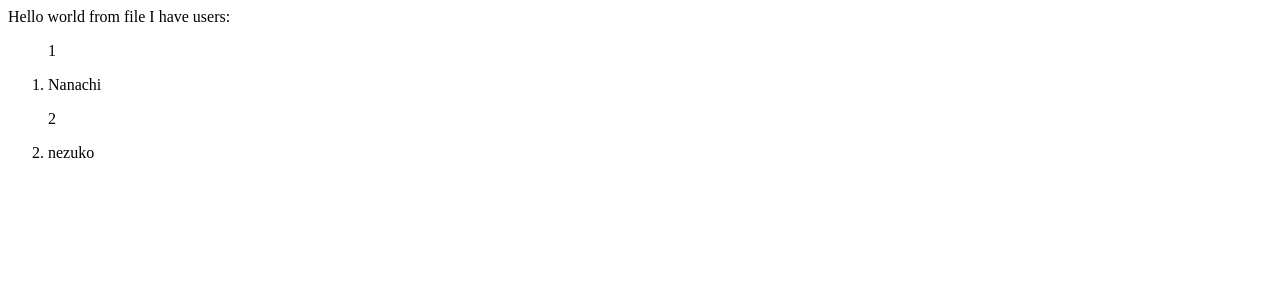
Repository: yevheniir/python_course_2020
Page: http://localhost/
An editor plug-in stored every save of this project. The page is shown before and after a run of saves, followed by the edit.
The browser window is 1280 px wide. The pictures show the whole page.
The page is served by the project's application, run on Flask 3 (l4/app.py).

Above is the page before, as saved 2020-06-27 18:55:24.

After the next 3 saves:
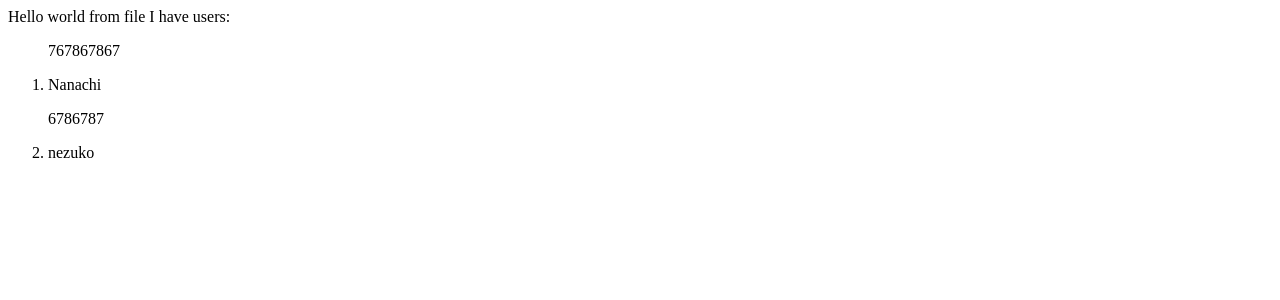
The 3 saves are shown as one change because they came seconds apart.
The last was saved 12 s later.
--- a/l4/app.py
+++ b/l4/app.py
@@ -5,7 +5,7 @@ from flask import render_template
 app = Flask(__name__)
 # ////////////////////////////////////////////
 
-users_obj = [{"id": 1, "name": "Nanachi"}, {"id": 2, "name": "nezuko"}]
+users_obj = [{"id": 767867867, "name": "Nanachi"}, {"id": 6786787, "name": "nezuko"}]
 
 
 @app.route('/')  #контролер
